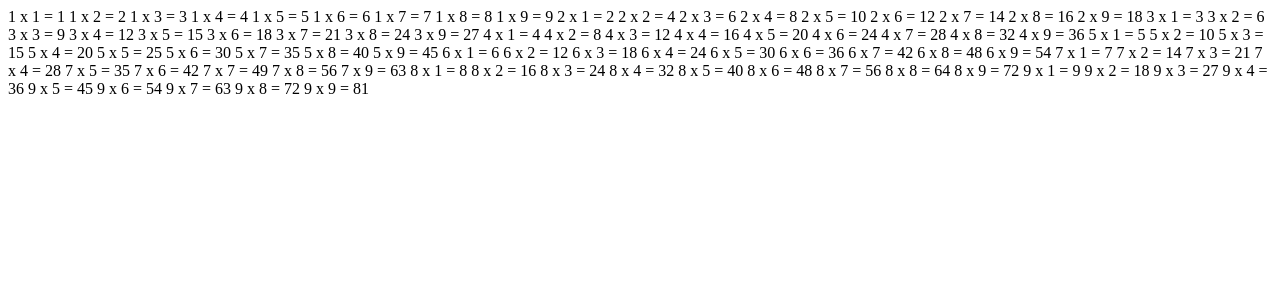
Repository: hii9505/DB_engineering_education
Page: http://localhost/Web_study_02/04_method.jsp
These files come from the project's save history. The page is drawn as it stood at one moment and after the next save; the edit follows.
The browser window is 1280 px wide. The pictures show the whole page.
The page is served by Tomcat 9.

Above is the page before, as saved 2021-05-21 01:42:31.

After the next save:
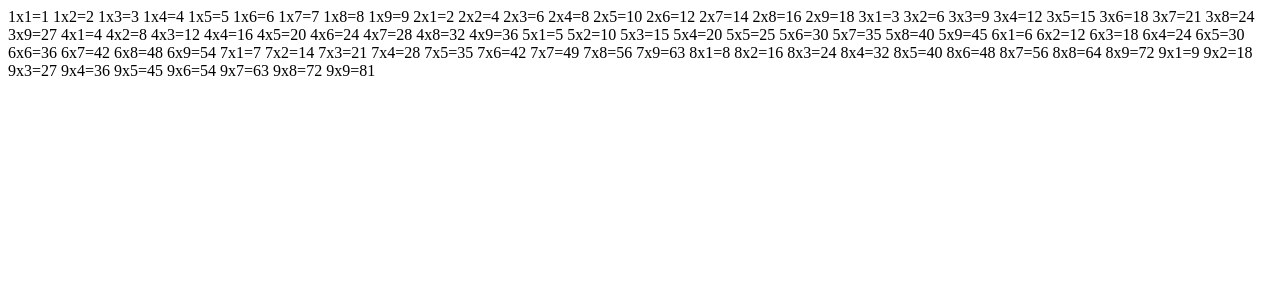
Saved 26 s later.
--- a/eclipse-workspace/Web_study_02/src/main/webapp/04_method.jsp
+++ b/eclipse-workspace/Web_study_02/src/main/webapp/04_method.jsp
@@ -12,7 +12,7 @@
 
 for(int i = 1 ; i < 10; i++){
 	for( int j = 1 ; j < 10; j++){
-		out.print(i + " x " + j + " = " + (i*j) + " ");
+		out.print(i + "x" + j + "=" + (i*j) + " ");
 	}
 	out.println("");
 }
